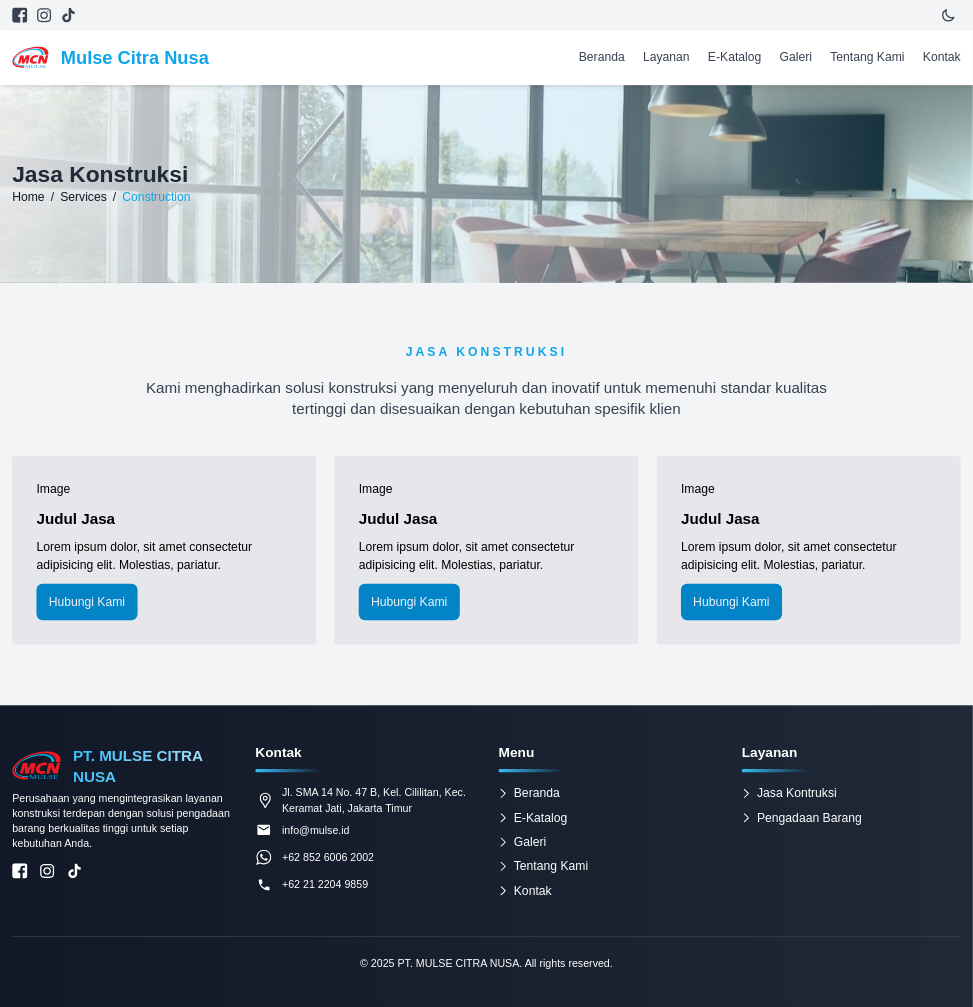
Repository: PrasBaldin/next-mulse
Page: /services/construction
An editor plug-in stored every save of this project. The page is shown before and after a run of saves, followed by the edit.
The browser window is 1280 px wide. The pictures show the whole page, at 76% of full size.
The project was rebuilt for these pictures with package versions that can differ from the ones it lists, and the page was loaded fresh each time. The framework's server and built-in components were replaced by stand-ins that run in the browser. Also part of the build but not shown: next.config.ts.

Above is the page before, as saved 2025-02-26 13:48:24.

After the next 4 saves:
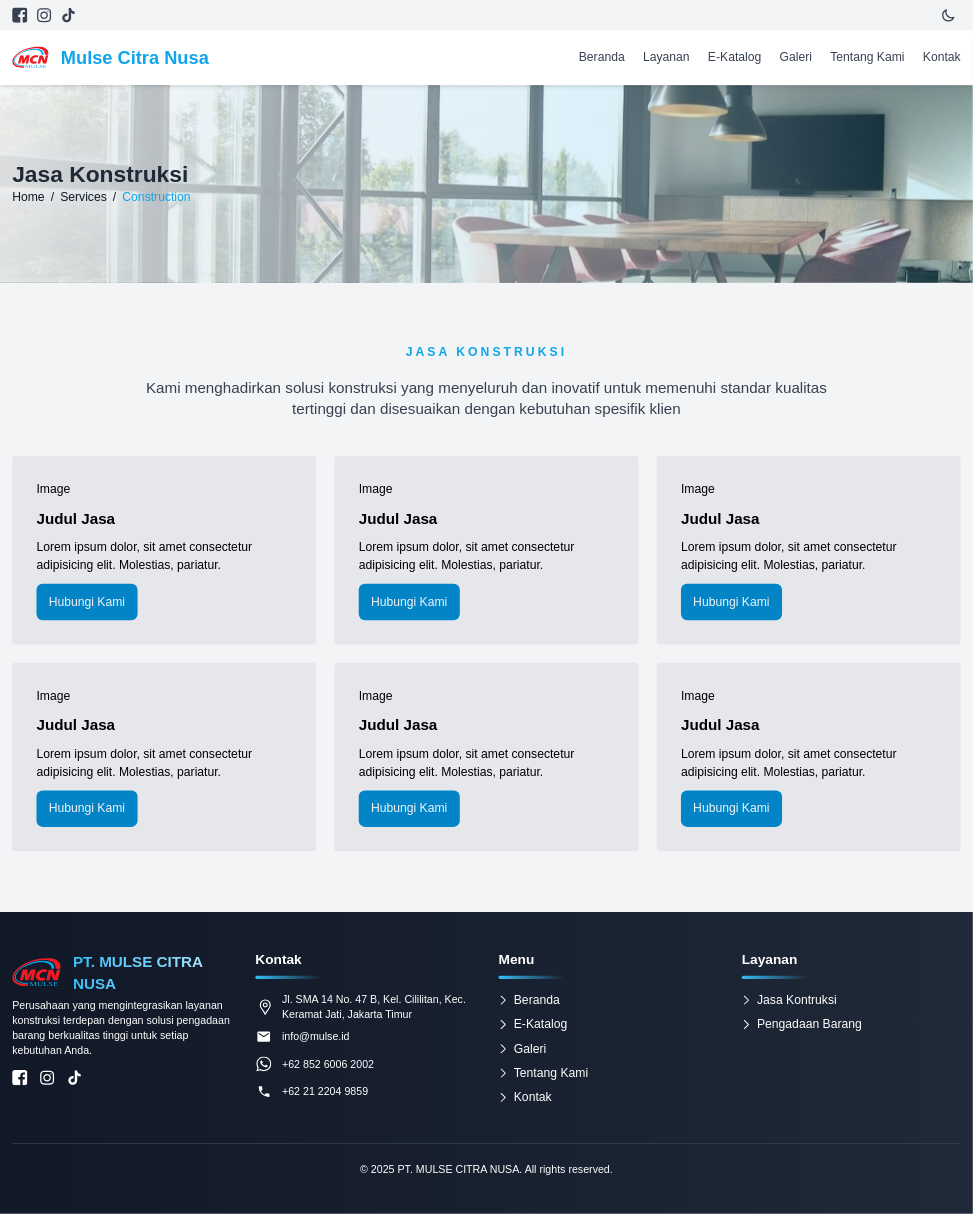
The 4 saves are shown as one change because 3 did not build or start.
The last was saved 77 s later.
--- a/app/services/construction/page.tsx
+++ b/app/services/construction/page.tsx
@@ -93,51 +93,23 @@
             </h3>
           </div>
           <div className="service-content grid grid-cols-2 md:grid-cols-3 gap-6">
-            <div className="card bg-gray-200 rounded p-8">
-              <div className="card-img pb-3">
-                <span>Image</span>
+            {services.map((service, index) => (
+              <div key={index} className="card bg-gray-200 rounded p-8">
+                <div className="card-img pb-3">
+                  <span>Image</span>
+                </div>
+                <div className="card-title text-xl font-semibold pb-3">
+                  <h4>Judul Jasa</h4>
+                </div>
+                <div className="card-desc pb-3">
+                  <p>
+                    Lorem ipsum dolor, sit amet consectetur adipisicing elit.
+                    Molestias, pariatur.
+                  </p>
+                </div>
+                <button className="btn btn-primary">Hubungi Kami</button>
               </div>
-              <div className="card-title text-xl font-semibold pb-3">
-                <h4>Judul Jasa</h4>
-              </div>
-              <div className="card-desc pb-3">
-                <p>
-                  Lorem ipsum dolor, sit amet consectetur adipisicing elit.
-                  Molestias, pariatur.
-                </p>
-              </div>
-              <button className="btn btn-primary">Hubungi Kami</button>
-            </div>
-            <div className="card bg-gray-200 rounded p-8">
-              <div className="card-img pb-3">
-                <span>Image</span>
-              </div>
-              <div className="card-title text-xl font-semibold pb-3">
-                <h4>Judul Jasa</h4>
-              </div>
-              <div className="card-desc pb-3">
-                <p>
-                  Lorem ipsum dolor, sit amet consectetur adipisicing elit.
-                  Molestias, pariatur.
-                </p>
-              </div>
-              <button className="btn btn-primary">Hubungi Kami</button>
-            </div>
-            <div className="card bg-gray-200 rounded p-8">
-              <div className="card-img pb-3">
-                <span>Image</span>
-              </div>
-              <div className="card-title text-xl font-semibold pb-3">
-                <h4>Judul Jasa</h4>
-              </div>
-              <div className="card-desc pb-3">
-                <p>
-                  Lorem ipsum dolor, sit amet consectetur adipisicing elit.
-                  Molestias, pariatur.
-                </p>
-              </div>
-              <button className="btn btn-primary">Hubungi Kami</button>
-            </div>
+            ))}
           </div>
         </div>
       </section>
